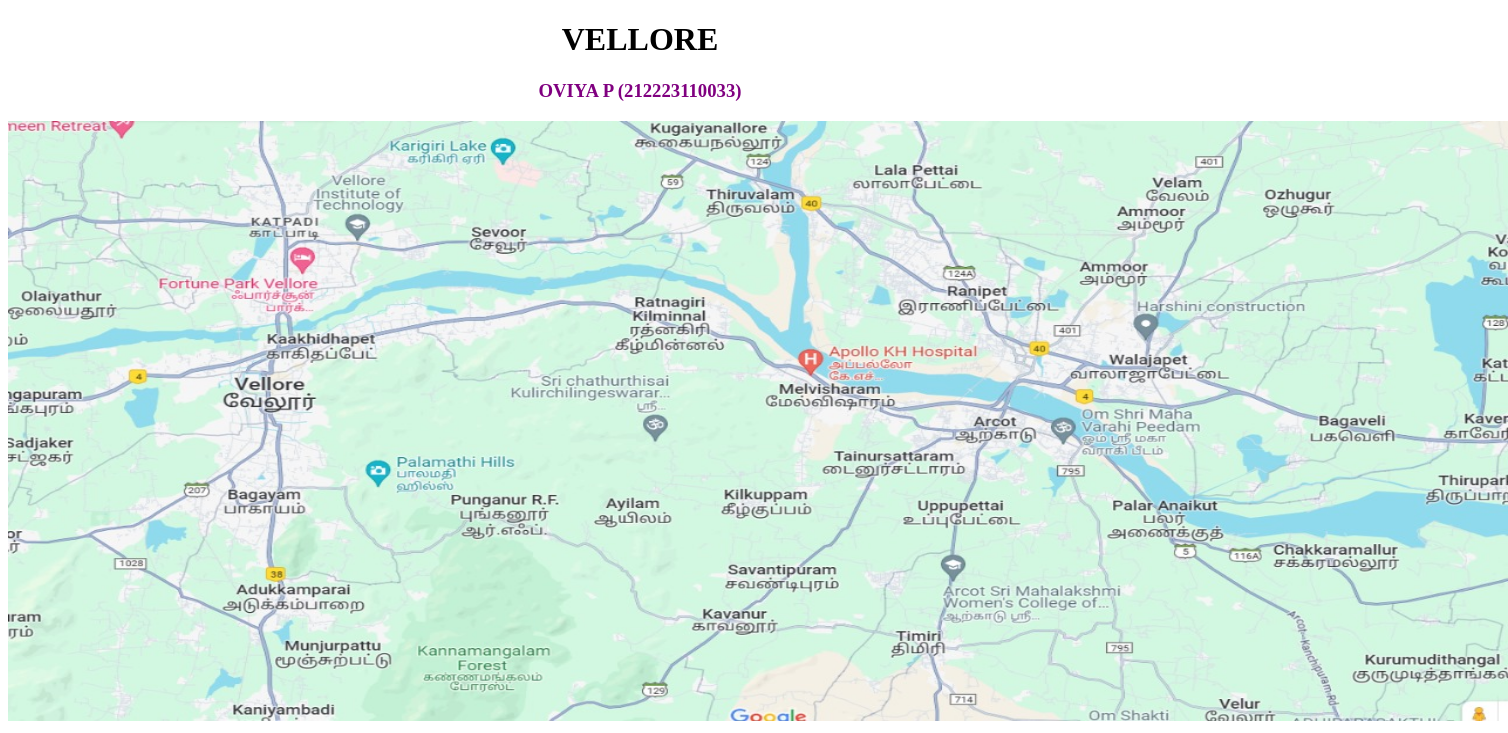
Repository: Oviya24032K6/NearMe
Page: ovi/surveyapp/static/map.html
The author's editor kept a copy of each file at every save. The page is drawn from the files as they stood at one save, then again after the next save.
The browser window is 1280 px wide. The page is 1508 px wide, then 1308 px, so the pictures cover 1508 px, including what lies to the right of the window. The pictures show the whole page.

Above is the page before, as saved 2024-03-25 22:17:16.

After the next save:
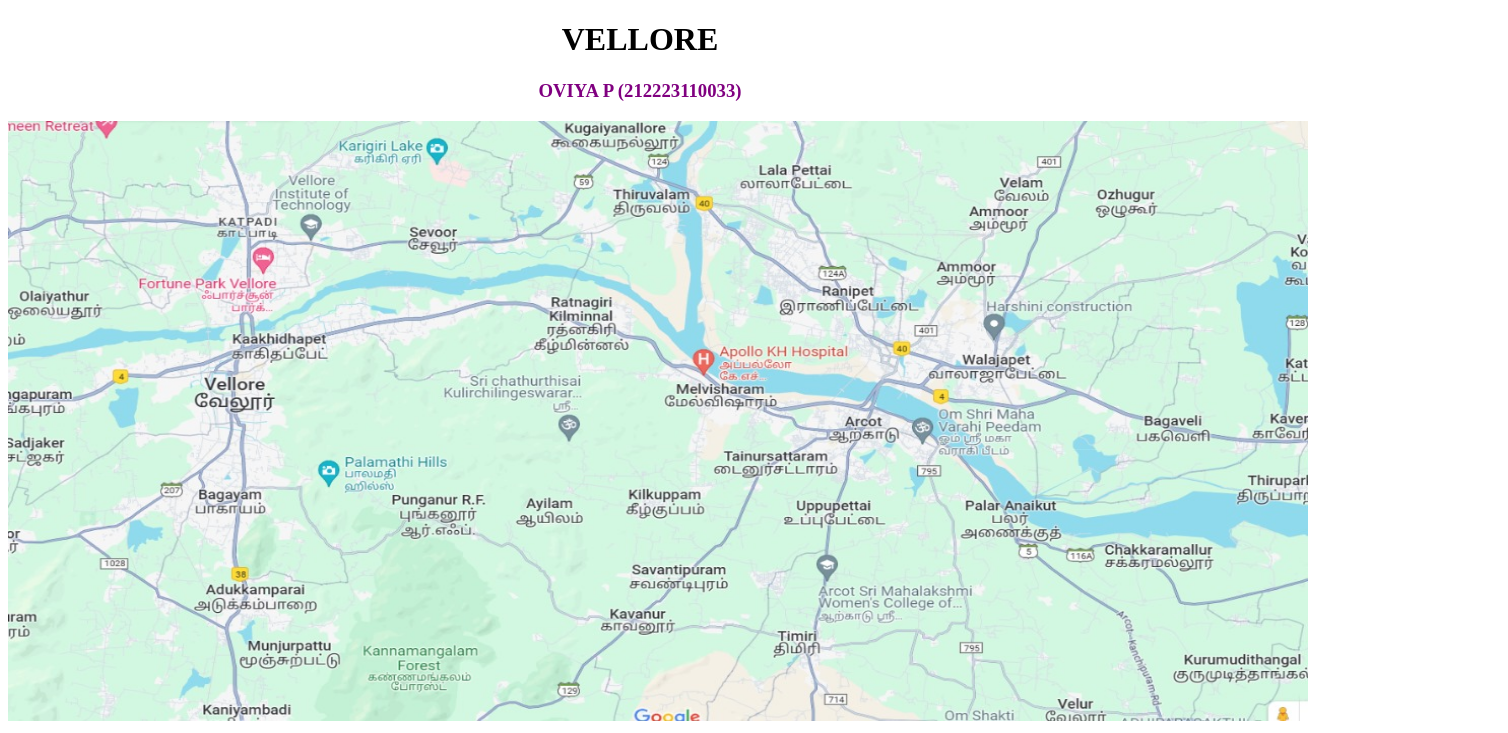
Saved 9 s later.
--- a/ovi/surveyapp/static/map.html
+++ b/ovi/surveyapp/static/map.html
@@ -12,7 +12,7 @@
         <font color="purple"><b> OVIYA P (212223110033)</b></font>
     </h3>
     <!-- Image Map Generated by c:\Users\poviy\Music\map1.jpg-->
-    <img src="destination.jpg" height="600" width="1500" usemap="#image-map">
+    <img src="destination.jpg" height="600" width="1300" usemap="#image-map">
     <map name="image-map">
         <area target="_blank" alt="VIT UNIVERSITY" title="VIT UNIVERSITY" href="VIT UNIVERSITY.html" coords="1204,937,950,805" shape="rect">
         <area target="_blank" alt="VELLORE FORT" title="VELLORE FORT" href="VELLORE FORT.html" coords="1637,383,1364,255" shape="rect">
